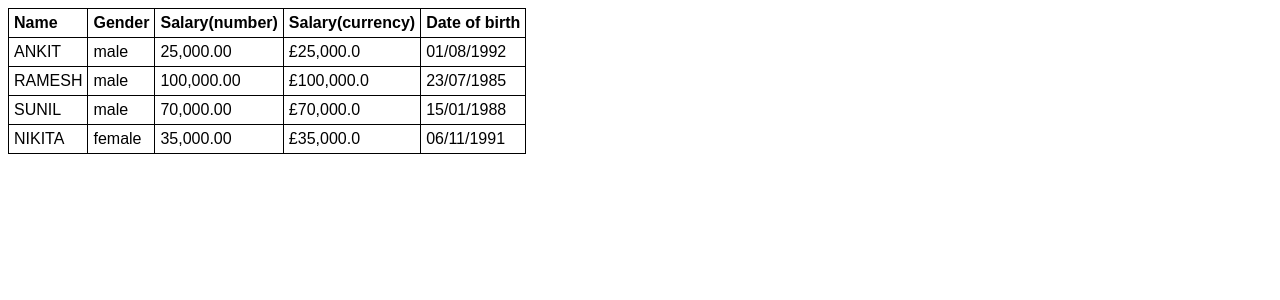
Repository: ammoreloaded/WebProjectFirst
Page: homework/WebProjectFirst/web/filterDemo.html
These files come from the project's save history. The page is drawn as it stood at one moment and after the next save; the edit follows.
The browser window is 1280 px wide. The pictures show the whole page.

Above is the page before, as saved 2016-05-19 15:15:06.

### homework/WebProjectFirst/web/filterDemo.html
<!doctype html>
<html ng-app="myModule">
<head>
<script src="resources/js/angular.min.js"></script>
<script src="resources/js/filterDemo.js"></script>
<link href="style.css" rel="stylesheet" type="text/css"/>
</head>
<body ng-controller="myController">
	<div>
		<table>
			<thead>
				<tr>
					<th>Name</th>
					<th>Gender</th>
					<th>Salary(number)</th>
					<th>Salary(currency)</th>
					<th>Date of birth</th>
				</tr>
			</thead>
			<tbody>
				<tr ng-repeat="employee in employees">
					<td>{{ employee.name | uppercase}}</td>
					<td>{{ employee.gender | lowercase }}</td>
					<td>{{ employee.salary | number:2 }}</td>
					<td>{{ employee.salary | currency:"£":1 }}</td>
					<td>{{ employee.dateOfBirth | date : "dd/MM/yyyy" }}</td>
				</tr>
			</tbody>
		</table>
	</div>
</body>
</html>

### homework/WebProjectFirst/web/resources/js/filterDemo.js

var employees = [
                 {name : "Ankit", gender : "Male", age : 23, salary : 25000, dateOfBirth : new Date("August 1, 1992")},
                 {name : "Ramesh", gender : "Male", age : 30, salary : 100000, dateOfBirth : new Date("July 23, 1985")},
                 {name : "Sunil", gender : "Male", age : 28, salary : 70000, dateOfBirth : new Date("January 15, 1988")},
                 {name : "Nikita", gender : "Female", age : 24, salary : 35000, dateOfBirth : new Date("November 6, 1991")}
                 ];

var myApp = angular.module("myModule", []).controller("myController", function($scope){
	$scope.employees = employees;

	$scope.incrLikes = function(technology){
		technology.likes++;
	};

	$scope.incrDislikes = function(technology){
		technology.dislikes++;
	};
});

### homework/WebProjectFirst/web/style.css
table {
	border-collapse: collapse;
	font-family : Arial;
}

td {
	border : 1px solid black;
	padding : 5px;
}

th {
	border : 1px solid black;
	padding : 5px;
	text-align: left;
}

Loaded but not shown: homework/WebProjectFirst/web/resources/js/angular.min.js (library)

After the next save:
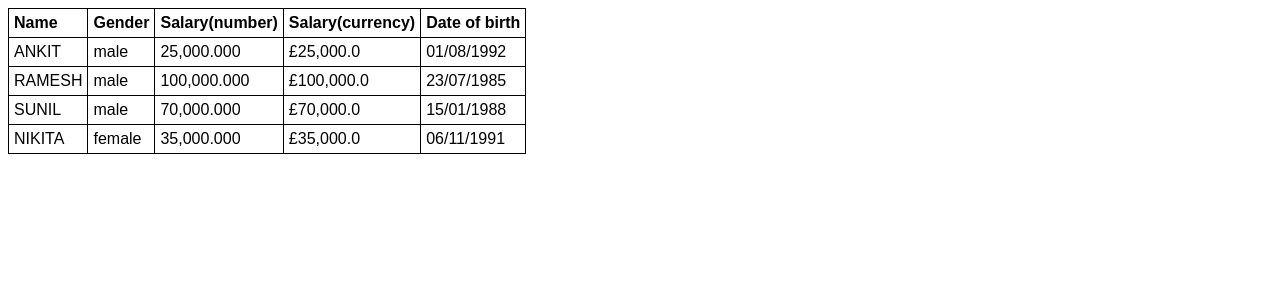
Saved 5 s later.
--- a/homework/WebProjectFirst/web/filterDemo.html
+++ b/homework/WebProjectFirst/web/filterDemo.html
@@ -21,7 +21,7 @@
 				<tr ng-repeat="employee in employees">
 					<td>{{ employee.name | uppercase}}</td>
 					<td>{{ employee.gender | lowercase }}</td>
-					<td>{{ employee.salary | number:2 }}</td>
+					<td>{{ employee.salary | number:3 }}</td>
 					<td>{{ employee.salary | currency:"£":1 }}</td>
 					<td>{{ employee.dateOfBirth | date : "dd/MM/yyyy" }}</td>
 				</tr>
